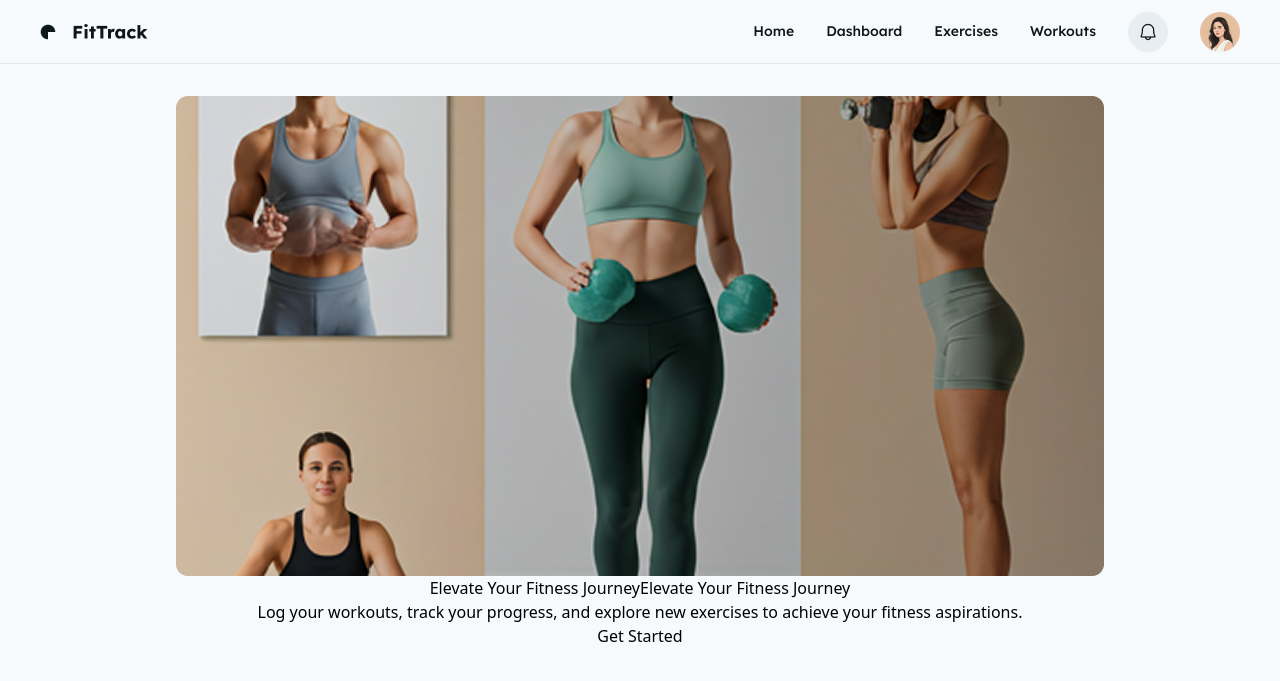
Repository: Emy-gold/fitness-tracking-platform
Page: /
The author's editor kept a copy of each file at every save. The page is drawn from the files as they stood at one save, then again after a run of saves.
The browser window is 1280 px wide. The pictures show the whole page.
The project was rebuilt for these pictures with package versions that can differ from the ones it lists, and the page was loaded fresh each time. Also part of the build but not shown: vite.config.js, src/Pages/Dashboard.jsx, src/Pages/Exercises.jsx, src/Pages/Workouts.jsx, src/components/Footer.jsx.

Above is the page before, as saved 2025-08-24 21:56:06.

After the next 2 saves:
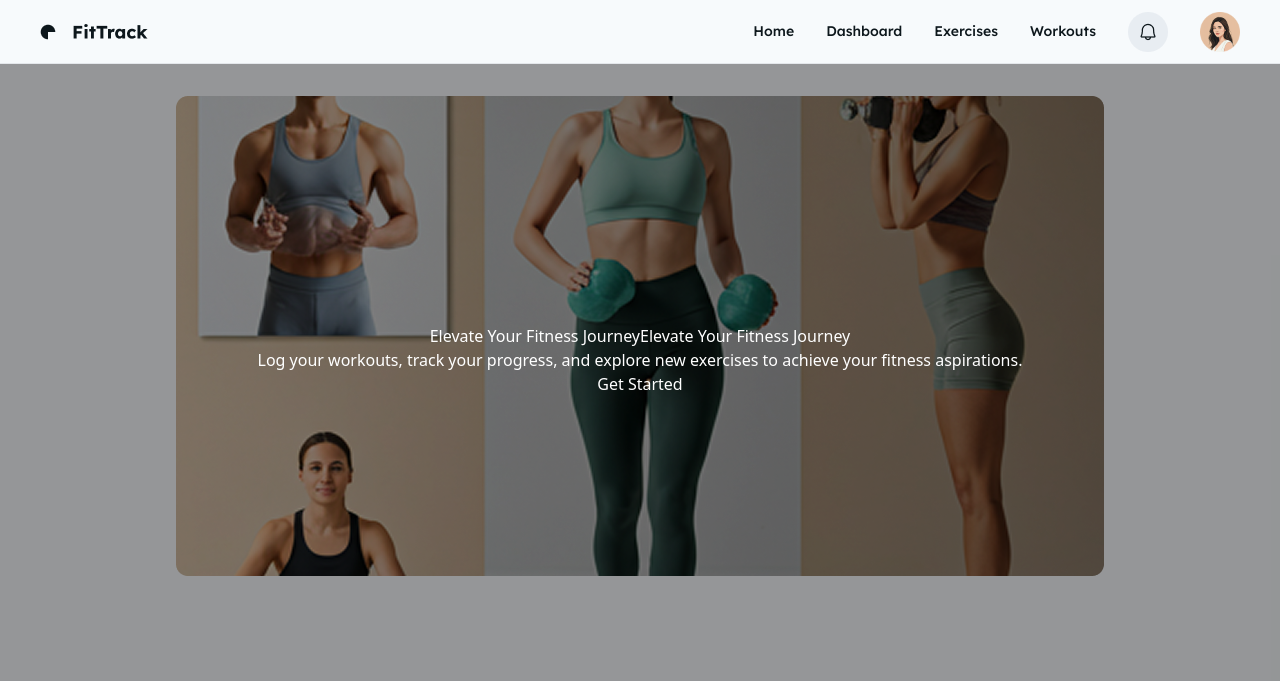
The 2 saves are shown as one change because 1 did not build or start.
The last was saved 12 min 45 s later.
--- a/src/Pages/Home.jsx
+++ b/src/Pages/Home.jsx
@@ -7,16 +7,17 @@
         <>
             <main className='flex justify-center'>
                 <section className='my-8'>
-                    <div>
-                        <img src={homepic} className="-z-1" />
+                    <img src={homepic} className="-z-1" />
+                    <div className="absolute inset-0 flex flex-col items-center justify-center text-center text-white bg-black bg-opacity-40 p-4">
+
                         <h1>Elevate Your Fitness JourneyElevate Your Fitness Journey</h1>
                         <p>Log your workouts, track your progress, and explore new exercises to achieve your fitness aspirations.</p>
                         <button>Get Started</button>
                     </div>
-                </section>
+                </section >
                 <section></section>
                 <section></section>
-            </main>
+            </main >
         </>
 
     )

After the save that followed:
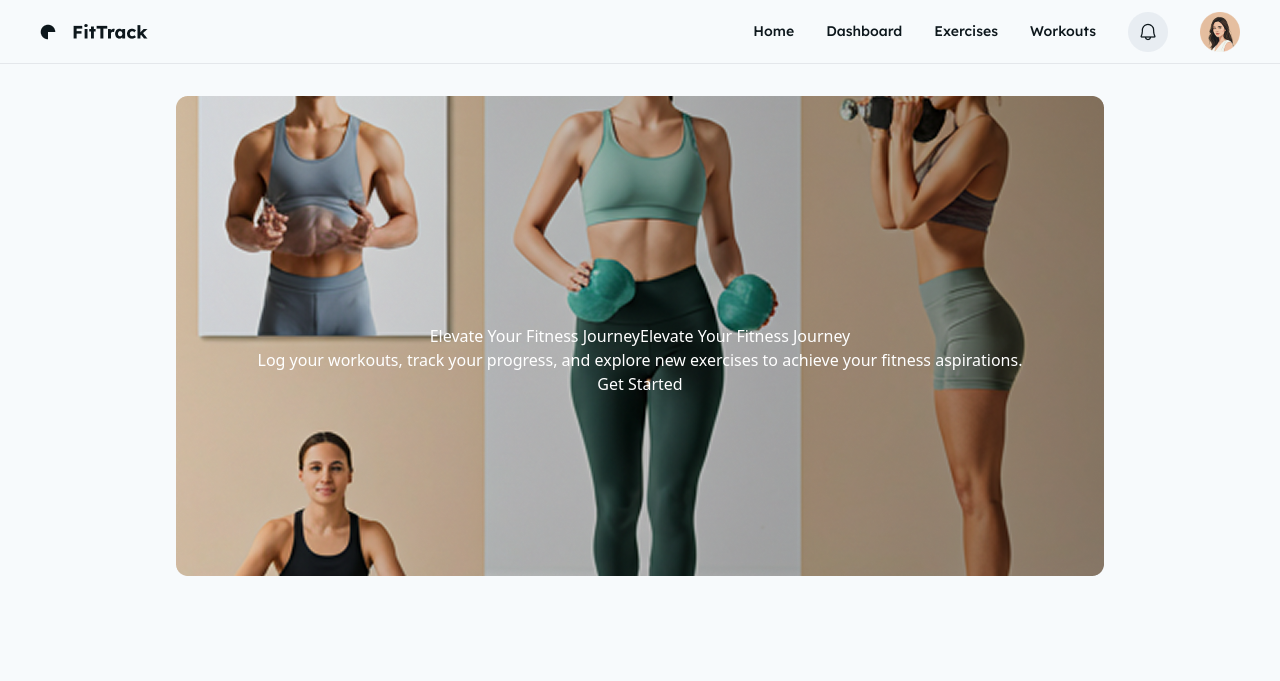
Saved 40 s later.
--- a/src/Pages/Home.jsx
+++ b/src/Pages/Home.jsx
@@ -8,7 +8,7 @@
             <main className='flex justify-center'>
                 <section className='my-8'>
                     <img src={homepic} className="-z-1" />
-                    <div className="absolute inset-0 flex flex-col items-center justify-center text-center text-white bg-black bg-opacity-40 p-4">
+                    <div className="absolute inset-0 flex flex-col items-center justify-center text-center text-white p-4">
 
                         <h1>Elevate Your Fitness JourneyElevate Your Fitness Journey</h1>
                         <p>Log your workouts, track your progress, and explore new exercises to achieve your fitness aspirations.</p>
